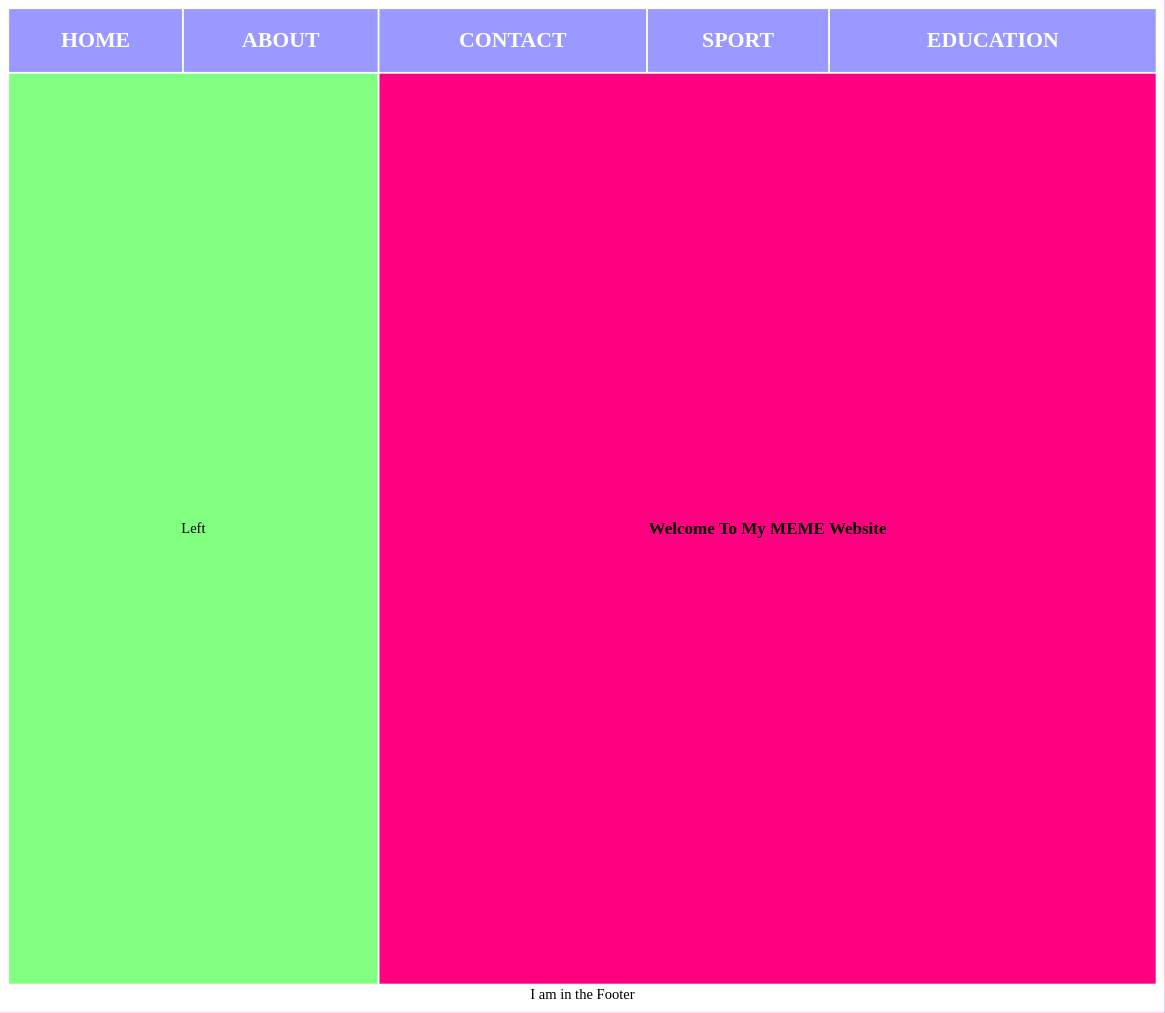
Repository: LiamMcC/webforDunboyne
Page: memewebsite/index.html
The author's editor kept a record of every edit. The page is drawn from the files as they stood at one moment, then again after the next edit.
The browser window is 1280 px wide. The pictures show the whole page, at 91% of full size.

Above is the page before.

After the next edit:
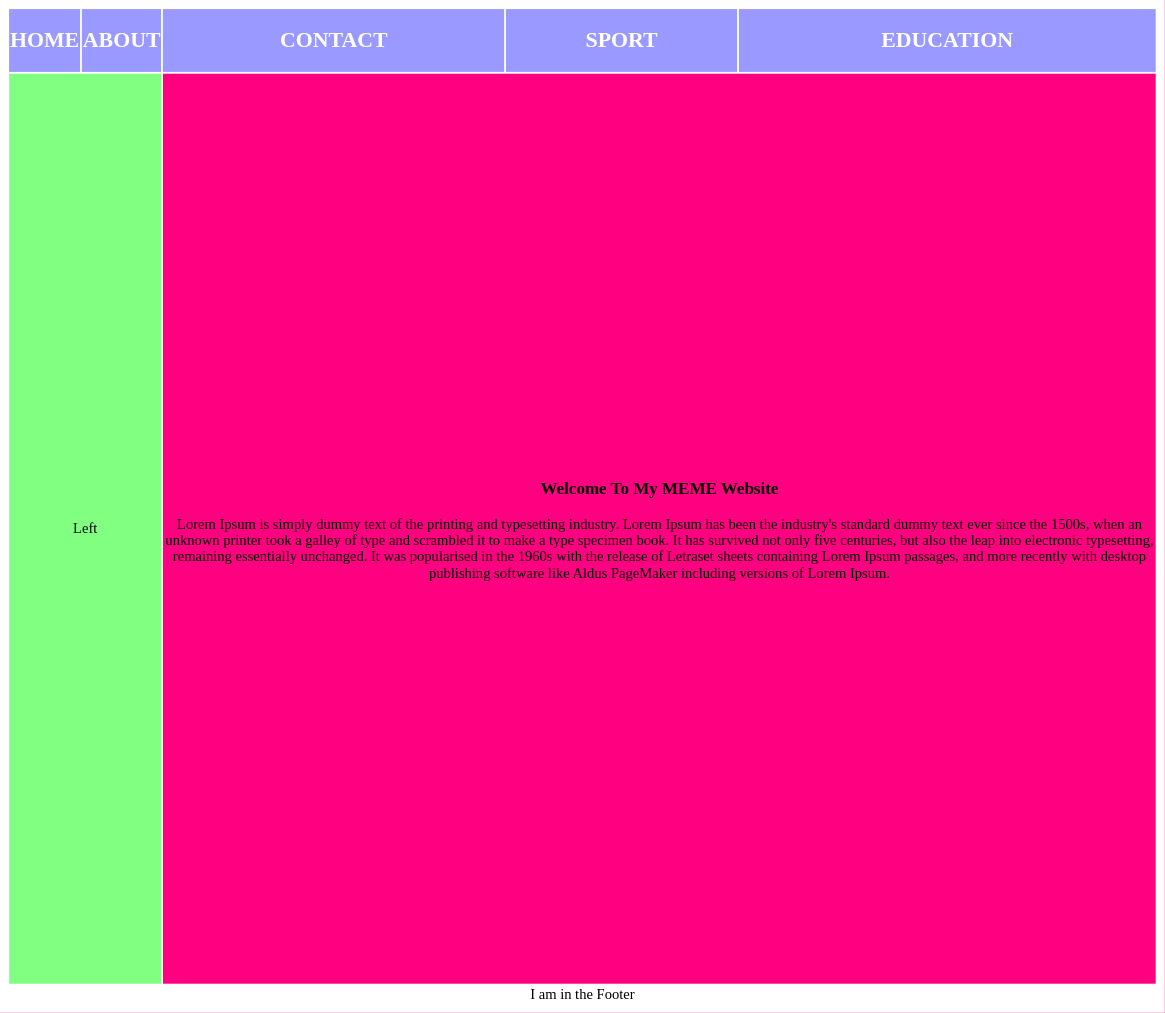
The edit:
--- a/memewebsite/index.html
+++ b/memewebsite/index.html
@@ -27,7 +27,10 @@
 
                   <h3>Welcome To My MEME Website</h3>
 
+                  <p>
+                      Lorem Ipsum is simply dummy text of the printing and typesetting industry. Lorem Ipsum has been the industry's standard dummy text ever since the 1500s, when an unknown printer took a galley of type and scrambled it to make a type specimen book. It has survived not only five centuries, but also the leap into electronic typesetting, remaining essentially unchanged. It was popularised in the 1960s with the release of Letraset sheets containing Lorem Ipsum passages, and more recently with desktop publishing software like Aldus PageMaker including versions of Lorem Ipsum.
 
+                  </p>
 
                   </td>
           </tr>
